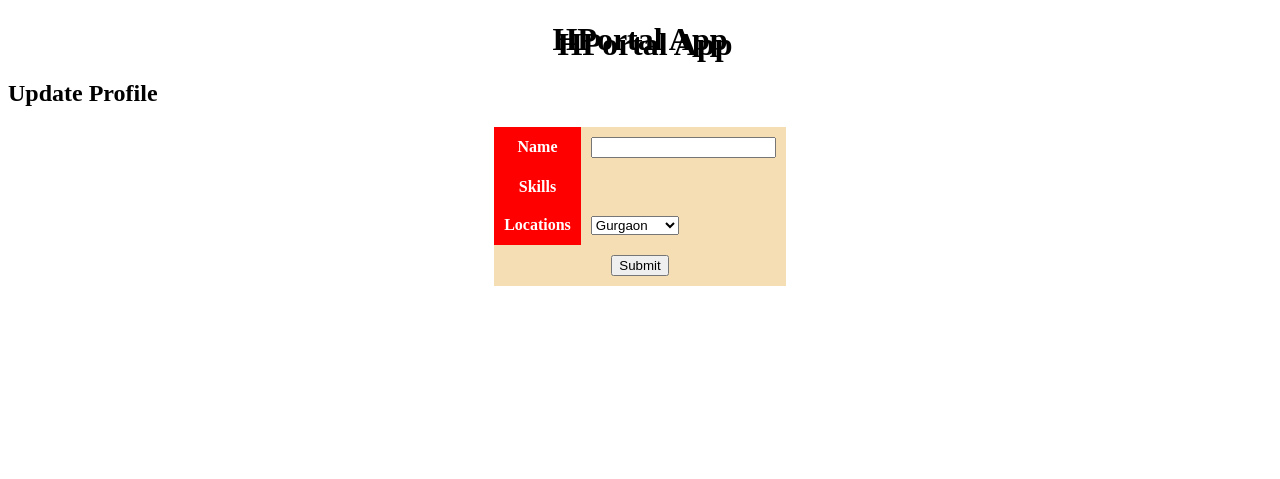
Repository: abhishekj720/HSBCLearn
Page: http://localhost/MyApp1/ProfileFrm.jsp
These files come from the project's save history. The page is drawn as it stood at one moment and after the next save; the edit follows.
The browser window is 1280 px wide. The pictures show the whole page.
The page is served by Tomcat 9. Other server files are loaded and not shown.

Above is the page before, as saved 2019-08-01 05:14:30.

### html/MyApp1/WebContent/ProfileFrm.jsp
<%@include file="Meta.jsp"%>
<html>
<%@include file="HeadSection.jsp"%>
<body>
<%@include file="Header.jsp"%>
<h2>Update Profile</h2>
<form>
<table>
<tr>
<th>Name</th>
<td><input type="text" name="txtname"/></td>
</tr>
<tr>
<th>Skills</th>
<td></td>
</tr>
<tr>
<th>Locations</th>
<td><select name="cbolocations">
<option value="chennai" selected>Chennai</option>
<option value="hyderabad" selected>Hyderabad</option>
<option value="bangalore" selected>Bangalore</option>
<option value="pune" selected>Pune</option>
<option value="gurgaon" selected>Gurgaon</option>
</select></td>
</tr>
<tr>
<td colspan="2" align="center"><input type="submit"/></td>
</tr>
</table>

</form>
</body>
</html>

### html/MyApp1/WebContent/Meta.jsp
<%@ page language="java" contentType="text/html; charset=ISO-8859-1"
    pageEncoding="ISO-8859-1"%>
<!DOCTYPE html>

### html/MyApp1/WebContent/HeadSection.jsp
<head>
<meta http-equiv="Content-Type" content="text/html; charset=ISO-8859-1">
<title>HPortal</title>
<style>
header{
text-align:center;
background-colr:#4698c8;
}
h1{
font-family:cursive;
text-shadow:5px 5px black;
}
table{
border-collapse:collapse;
margin:0px auto;
}
th,td{
padding:10px;
}
th{
background-color:red;
color:white;
}
td{
background-color:wheat;
}
</style>
</head>

### html/MyApp1/WebContent/Header.jsp
<header>
<h1>HPortal App</h1>
</header>

After the next save:
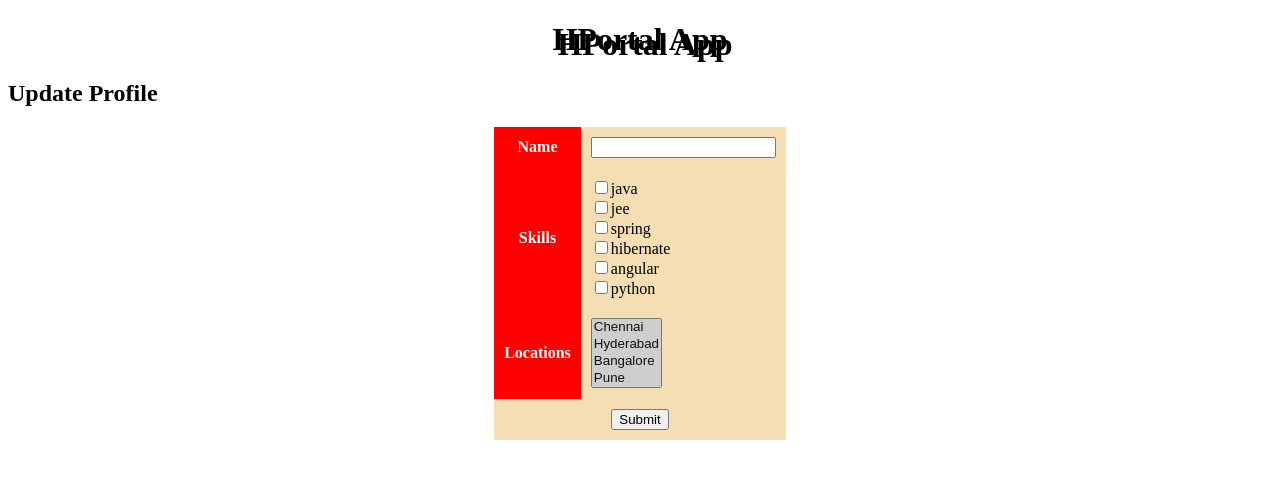
Saved 3 min 53 s later.
--- a/html/MyApp1/WebContent/ProfileFrm.jsp
+++ b/html/MyApp1/WebContent/ProfileFrm.jsp
@@ -12,11 +12,17 @@
 </tr>
 <tr>
 <th>Skills</th>
-<td></td>
+<td><input type="checkbox" name="cskskills" value="java"/>java<br/>
+<input type="checkbox" name="cskskills" value="jee"/>jee<br/>
+<input type="checkbox" name="cskskills" value="spring"/>spring<br/>
+<input type="checkbox" name="cskskills" value="hibernate"/>hibernate<br/>
+<input type="checkbox" name="cskskills" value="angular"/>angular<br/>
+<input type="checkbox" name="cskskills" value="python"/>python<br/>
+</td>
 </tr>
 <tr>
 <th>Locations</th>
-<td><select name="cbolocations">
+<td><select name="cbolocations" multiple>
 <option value="chennai" selected>Chennai</option>
 <option value="hyderabad" selected>Hyderabad</option>
 <option value="bangalore" selected>Bangalore</option>
